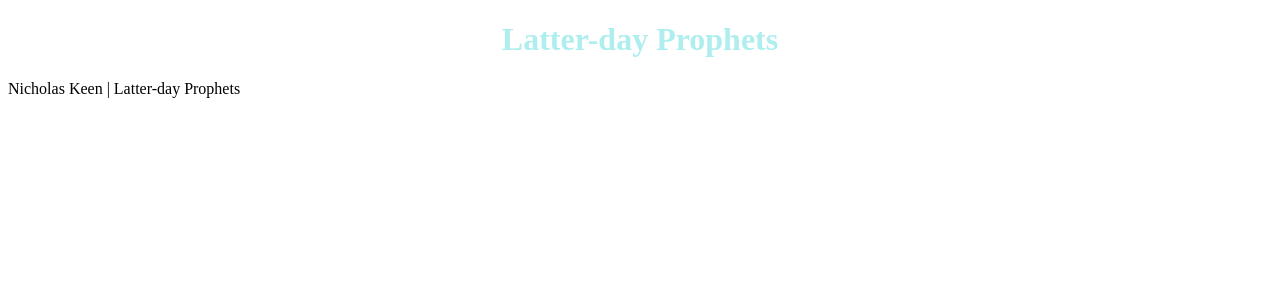
Repository: nak97/WDD230
Page: lesson09/prophets.html
An editor plug-in stored every save of this project. The page is shown before and after the next save, followed by the edit.
The browser window is 1280 px wide. The pictures show the whole page.
The page's requests for data from a server got no answer.

Above is the page before, as saved 2023-11-14 14:49:12.

### lesson09/prophets.html
<!DOCTYPE html>
<html lang="en-US">
<head>
  <meta charset="UTF-8">
  <meta name="viewport" content="width=device-width, initial-scale=1.0">
  <title>prophets cards</title>
  <meta name="description" content="WDD 230 - Nicholas Keen  - Web Frontend Development prophets cards">
  <meta name="author" content="Nicholas Keen">
  <!-- <link rel="stylesheet" href="./styles/normalize.css"> -->
  <link rel="stylesheet" href="./styles/prophets.css">
  <!-- <link rel="stylesheet" href="./styles/media.css"> -->
  <link rel="icon" href="favicon.ico">
  <meta property="og:title" content="facebook"/>
  <meta property="og:type" content="website" />
  <meta property="og:url" content="facebook.com" />
  <meta property="og:image" content="images/facebook-meta-tag-pic.png" />
</head>
<body>
  <header>
    <h1>Latter-day Prophets</h1>
  </header>
  <main>
    <div id="cards"></div>
  </main>
  <footer>
  Nicholas Keen | Latter-day Prophets
  </footer>
  <script src="scripts/prophets.js"></script>
</body>
</html>

### lesson09/styles/prophets.css
header {
  text-align: center;
  color: paleturquoise;
}

div{
  display: grid;
  grid-template-columns: repeat(auto-fit, minmax(420px, 1fr));
  text-align: center;
  grid-gap: 1rem;

}
div h2{
  color:purple;
}

img {
  box-shadow: 0 0 30px #777
}

section {
  margin: 0.25rem;
  padding: 0.35rem;
  background-color: #eee;
  border: 1px solid #bbb;
  display: flex;
  flex-direction: column;
  align-items: center;
}

### lesson09/scripts/prophets.js
const url = 'https://brotherblazzard.github.io/canvas-content/latter-day-prophets.json';
const cards = document.querySelector('#cards');

async function getProphetData() {
  const response = await fetch(url);
  const data = await response.json();
  // console.table(data.prophets);
  displayProphets(data.prophets);
}

getProphetData();

const displayProphets = (prophets) => {
  prophets.forEach((prophet) => {
    let card = document.createElement('section');
    let fullName = document.createElement('h2');
    let birthDate = document.createElement('p');
    let portrait = document.createElement('img');
    let birth = document.createElement('p');

    fullName.textContent = prophet.name +' '+ prophet.lastname;
    birthDate.textContent = 'date of Birth: ' + prophet.birthdate;
    birth.textContent =  'Place of birth: ' + prophet.birthplace;
    portrait.setAttribute('src',prophet.imageurl );
    portrait.setAttribute('alt','portrait of  ');
    portrait.setAttribute('loading', "lazy");
    portrait.setAttribute('width', '340');
    portrait.setAttribute('height', '440');
    // portrait.setAttribute('box-shadow ', '0 0 30px #777');

    card.appendChild(fullName);
    card.appendChild(birthDate);
    card.appendChild(birth);
    card.appendChild(portrait);
    cards.appendChild(card);

  });
}

After the next save:
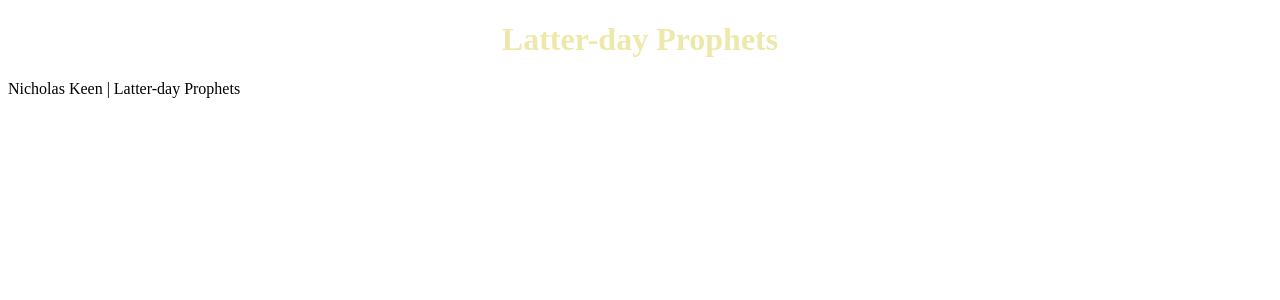
Saved 10 s later.
--- a/lesson09/styles/prophets.css
+++ b/lesson09/styles/prophets.css
@@ -1,6 +1,6 @@
 header {
   text-align: center;
-  color: paleturquoise;
+  color: palegoldenrod;
 }
 
 div{
